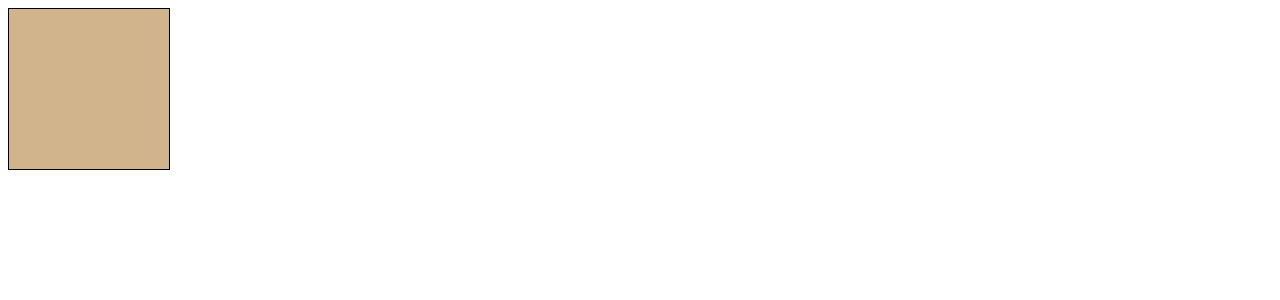
Repository: JamesSchiiller/deduce-html-javascript
Page: index.html
The author's editor kept a copy of each file at every save. The page is drawn from the files as they stood at one save, then again after the next save.
The browser window is 1280 px wide. The pictures show the whole page.

Above is the page before, as saved 2018-12-13 22:58:23.

### index.html
<html>
  <head>
    <title></title>
    <link rel='stylesheet' href='style.css'>
  </head>
  <body>
      <div id="mainChessBoard">
        <div onclick="klikaj('rad1')">

        </div>
      </div>
      <script>
      function klikaj(i) {
        alert("hi")
      }
      </script>
  </body>
</html>

### style.css
#mainChessBoard
{
    width:160px;
    height:160px;
    border:1px solid black;
}

div
{
background-color: tan;
 width:20px;
 height:20px;
 float:left;
}

After the next save:
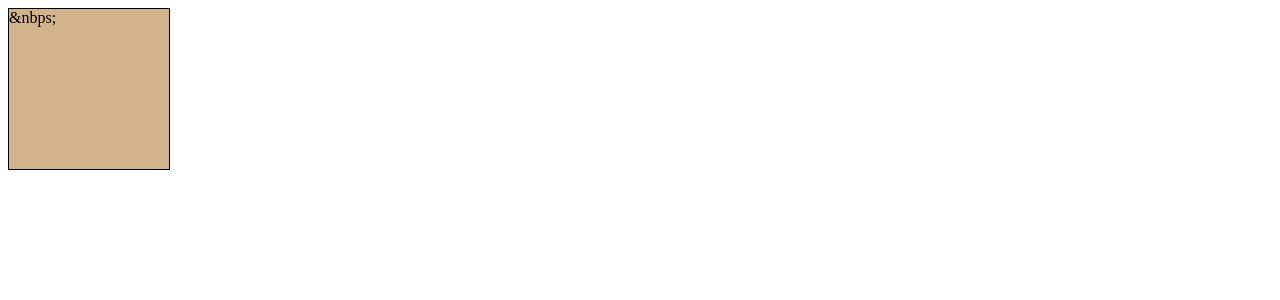
Saved 27 s later.
--- a/index.html
+++ b/index.html
@@ -6,7 +6,7 @@
   <body>
       <div id="mainChessBoard">
         <div onclick="klikaj('rad1')">
-
+          &nbps;
         </div>
       </div>
       <script>

After the save that followed:
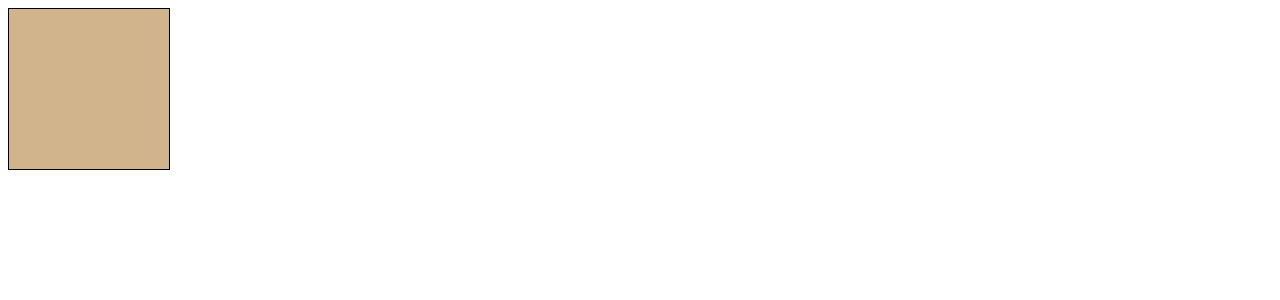
Saved 5 s later.
--- a/index.html
+++ b/index.html
@@ -6,7 +6,7 @@
   <body>
       <div id="mainChessBoard">
         <div onclick="klikaj('rad1')">
-          &nbps;
+          &nbsp;
         </div>
       </div>
       <script>
